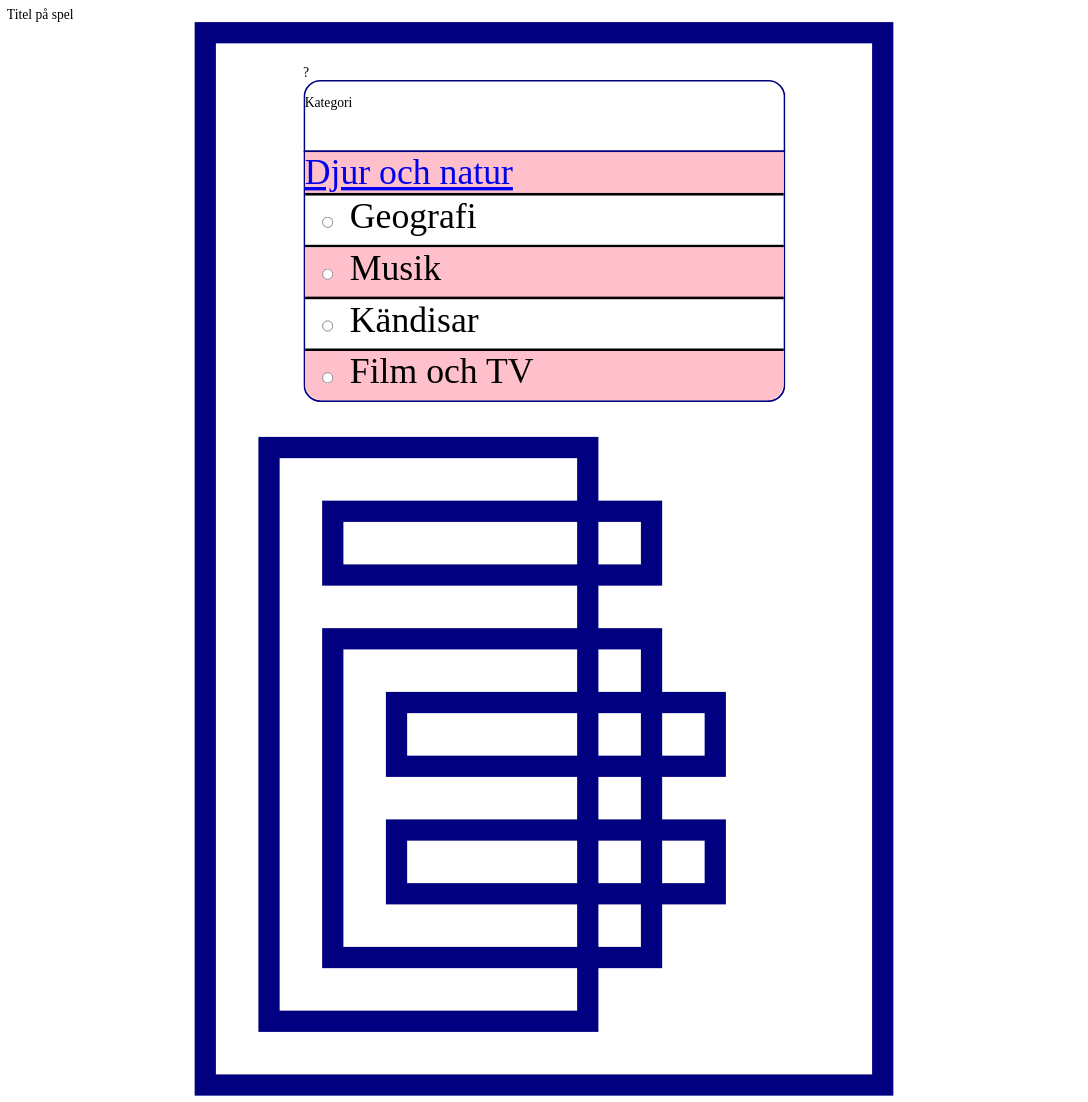
Repository: ed222gg/project2
Page: pages/start.html
The author's editor kept a record of every edit. The page is drawn from the files as they stood at one moment, then again after the next edit.
The browser window is 1280 px wide. The pictures show the whole page, at 85% of full size.

Above is the page before.

### pages/start.html
<!DOCTYPE html>
<html>

<head>
    <meta charset="utf-8" />
    <title>Index</title>
    <link rel="stylesheet" type="text/css" href="../css/style.css" />
</head>

<body>
    <header>Titel på spel</header>
    <main>
        <div id="container">
            <div id="help">?</div>
            <div id="CategoryTitle"><p>Kategori</div>
            <div id="categories">
               <nav>
                    <ul>
                        <div id="li0"><li class="anim"><a href="#" id="01">Djur och natur</a></li></div>
                        <div id="li1"><li><input type="radio" id="c1" name="category" value="1">Geografi</li></div>
                        <div id="li2"><li><input type="radio" id="c2" name="category" value="2">Musik</li></div>
                        <div id="li3"><li><input type="radio" id="c3" name="category" value="3">Kändisar</li></div>
                        <div id="li4"><li><input type="radio" id="c4" name="category" value="4">Film och TV</li></div>
                    </ul>
               </nav>



            </div>
        </div>
        <!-- <template id="tamplate"> -->
        <div id="gameLayout">
            <div id="topLayout"></div>
            <div id="bottomLayout">
                <div id="bottomLeft"></div>
            <div id="bottomRight"></div>
        </div>
        </div>
        <!-- </template> -->

    </main>
    <script src="../script/Game.js" type="text/javascript"></script>
</body>

</html>

<!-- main funktionen
   var template = document.querySelector('#template');
   var gameLayout = template.content.querySelector('#gameLayout').cloneNode(true);

   // om du vill hämta element i main funktionen
   gameLayout.questionP = gameLayout.querySelector('#question');
   gameLayout.questionP.innerHTML ='vem van vm 2011';

   // lägger ut allt
   container.appendChild(gameLayout);
   <--

### css/style.css
body{
    background: #FFFFFF;
}

main{
    /* float: right; */
  overflow: auto;
  margin: auto;
  width: 722px;
  padding: 25px;
  border: 25px solid navy;
}
header{}
input{

    margin: 20px;}

#template{ }
#gameLayout{
    float:left;
    width: 300px;
    padding: 25px;
    border: 25px solid navy;
    margin: 25px;}
#topLayout{
      float:left;
      width: 300px;
    padding: 25px;
    border: 25px solid navy;
    margin: 25px;}
#bottomLayout{   float:left;width: 300px;
    padding: 25px;
    border: 25px solid navy;
    margin: 25px;}
#bottomLeft{  float:left; width: 300px;
    padding: 25px;
    border: 25px solid navy;
    margin: 25px;}
#bottomRight{   float:left;width: 300px;
    padding: 25px;
    border: 25px solid navy;
    margin: 25px;}



#categories{  float:left;
    margin: 0px;
    padding: 0px;
    list-style-type: none;
}


#container{    overflow: auto;
  /* float: left; */
  width: 567px;
  padding: -29px;
 /* border: 8px solid navy;*/
  margin: auto;
}


#CategoryTitle{


  width: 563px;
  height: 81px;
  /* padding: 18px; */
  border: 2px solid navy;
  /* margin: 25px; */
  margin: auto;
  border-radius-top: 12px;
  border-top-left-radius: 20px;
  border-top-right-radius: 20px;

}


 ul{
  padding: 0px;
  margin-top: -2px;
  width: 563px;
  border: 2px solid navy;
  border-bottom-left-radius: 20px;
  border-bottom-right-radius: 20px;

 }
 li{  /* width: 51px; */
  font-size: 42px;
  /* font-family: serif; */
  list-style-type: none;
  /* width: 200px; */
 }

input#c:hover {
  cursor:pointer;

 }

#li0{
background-color:pink;
border-bottom-style: solid;
}
#li1{

border-bottom-style: solid;
}

#li2{
background-color:pink;
border-bottom-style: solid;
}

#li3{

border-bottom-style: solid;
}
#li4{
background-color:pink;
  border-bottom-left-radius: 20px;
  border-bottom-right-radius: 20px;

}

li.anim {
	-moz-transition: all 0.2s ease-in-out;
	-moz-transform:translateX(0px);
	-o-transition: all 0.2s ease-in-out;
	-o-transform:translateX(0px);
	-webkit-transition: all 0.2s ease-in-out;
	-webkit-transform:translateX(0px);
}

li.anim:hover {

}

### script/Game.js
"use strict"; //objekt.metod/egenskap(argument)

var Game= {

    pos: 0,
    categoryNr: undefined,
    test: undefined,
    testStatus: undefined,
    question: undefined,
    choice: undefined,
    choises: undefined,
    chA: undefined,
    chB: undefined,
    correct: 0,
    questionsArray: [],


    init: function() {
        var radios = document.getElementsByName('category'); // samla alla cetegoryelementen i en lista
        console.log(radios)

        for (var i = 0; i < radios.length; i++) {
            eventClick(i);
        }
        //funktionen eventclick som vi kallar på i forloopen ovan,
        //lägger en eventlistener på alla elementen i radios
        function eventClick(categoryId){
            radios[categoryId].addEventListener("click", function() {
            if (radios[categoryId].checked)
            {

                //nu har vi checkat samt vet vilket id categorin har. nu kan vi sätta rätt frågor. next step.
                //hmm hur var det jag hade tänkt nu då...
                console.log(categoryId)

            }


            });
        }



    },
};
//När sidan har laddads in så anropas init.
window.onload = Game.init;


 /* // main funktionen
   var template = document.querySelector('#template');
   var gameLayout = template.content.querySelector('#gameLayout').cloneNode(true);

   // om du vill hämta element i main funktionen
   gameLayout.questionP = gameLayout.querySelector('#question');
   gameLayout.questionP.innerHTML ='vem van vm 2011';

   // lägger ut allt
   container.appendChild(gameLayout);*/

After the next edit:
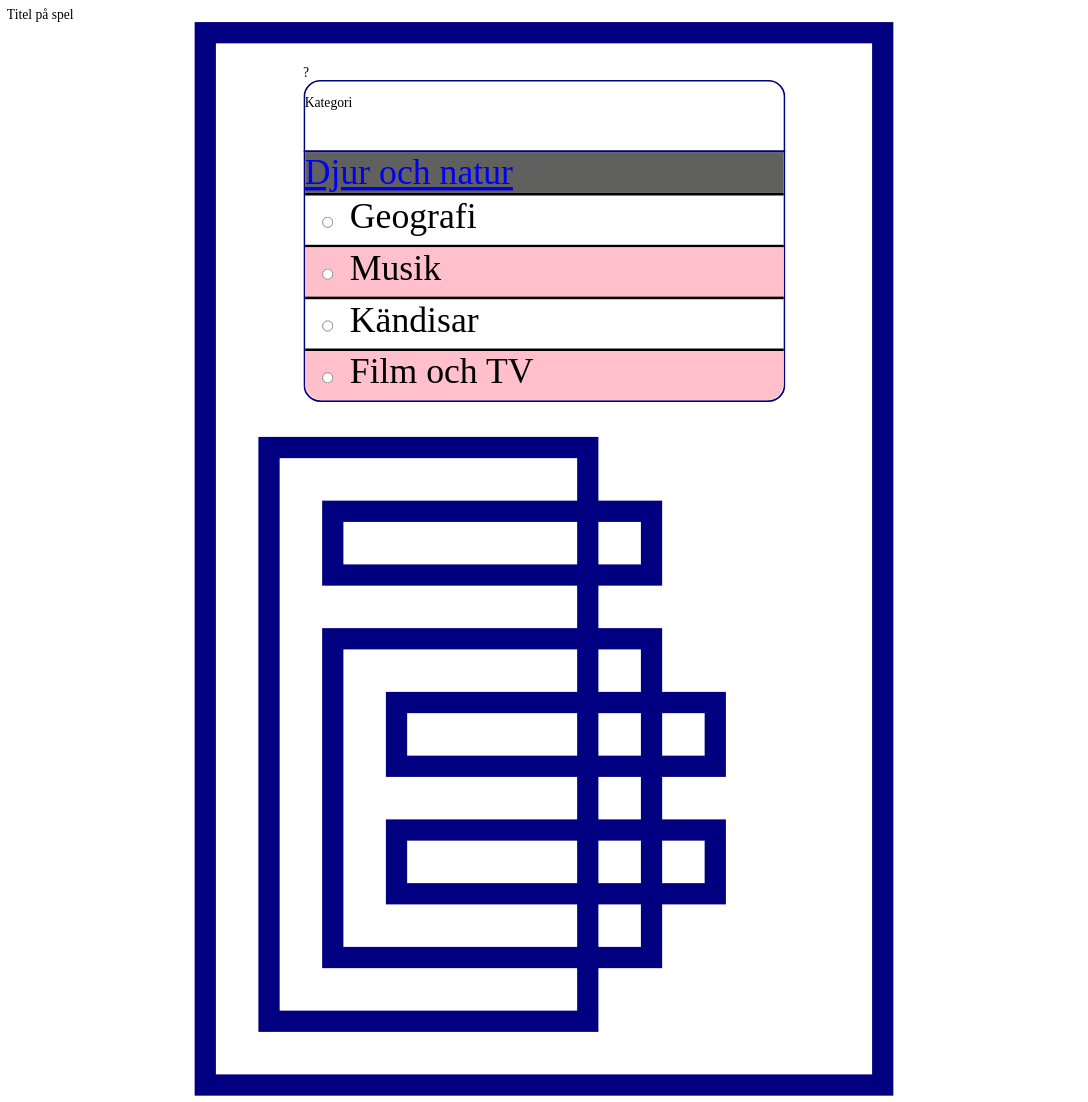
The edit:
--- a/css/style.css
+++ b/css/style.css
@@ -122,12 +122,9 @@
 }
 
 li.anim {
-	-moz-transition: all 0.2s ease-in-out;
-	-moz-transform:translateX(0px);
-	-o-transition: all 0.2s ease-in-out;
-	-o-transform:translateX(0px);
-	-webkit-transition: all 0.2s ease-in-out;
-	-webkit-transform:translateX(0px);
+
+    background-color: #60605F;
+}
 }
 
 li.anim:hover {
